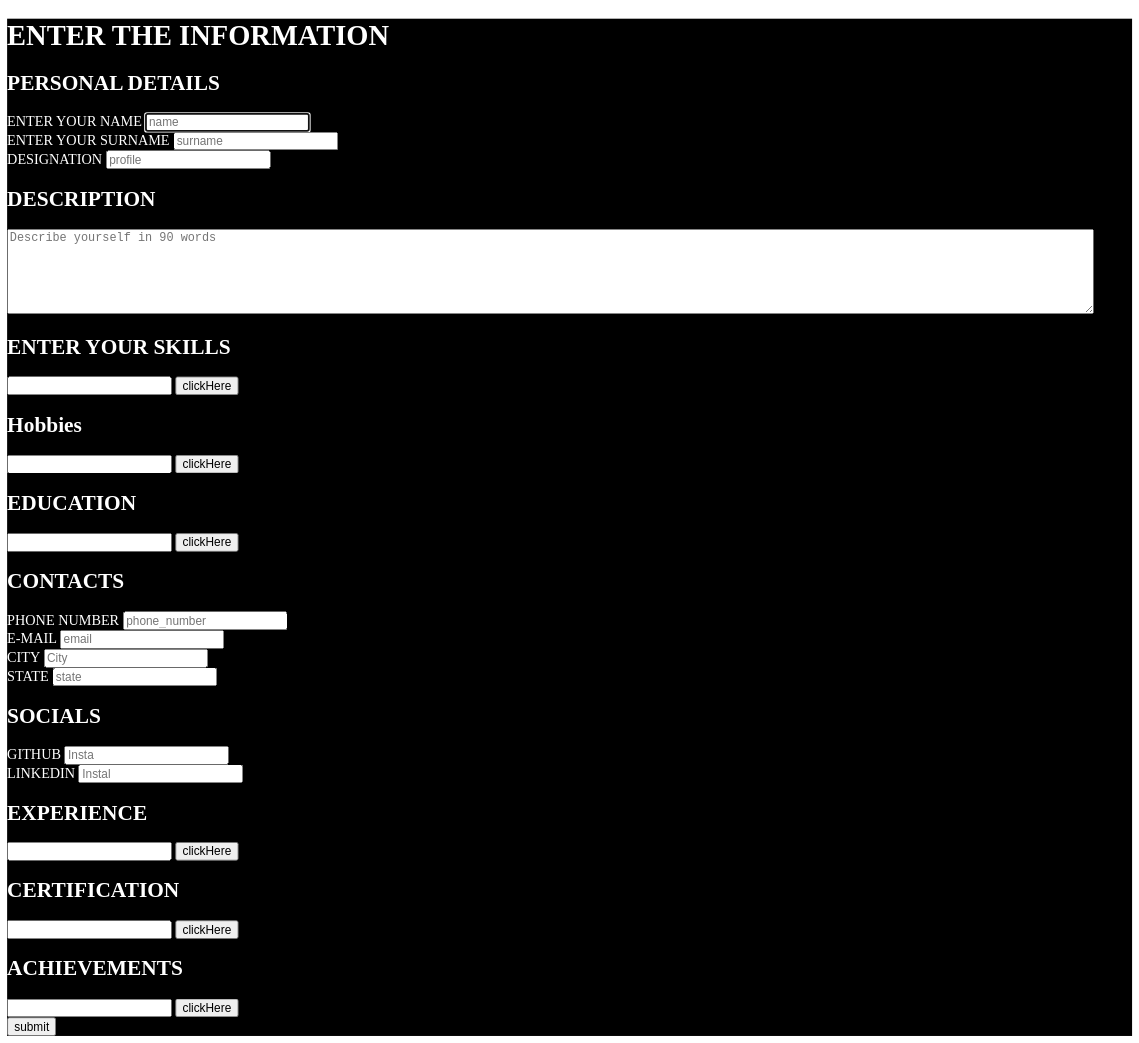
Repository: S-I-D-D-H/sync
Page: http://localhost/resume_builder/ind
An editor plug-in stored every save of this project. The page is shown before and after the next save, followed by the edit.
The browser window is 1280 px wide. The pictures show the whole page, at 89% of full size.
The page is served by Tomcat 9.

Above is the page before, as saved 2023-09-03 08:14:00.

After the next save:
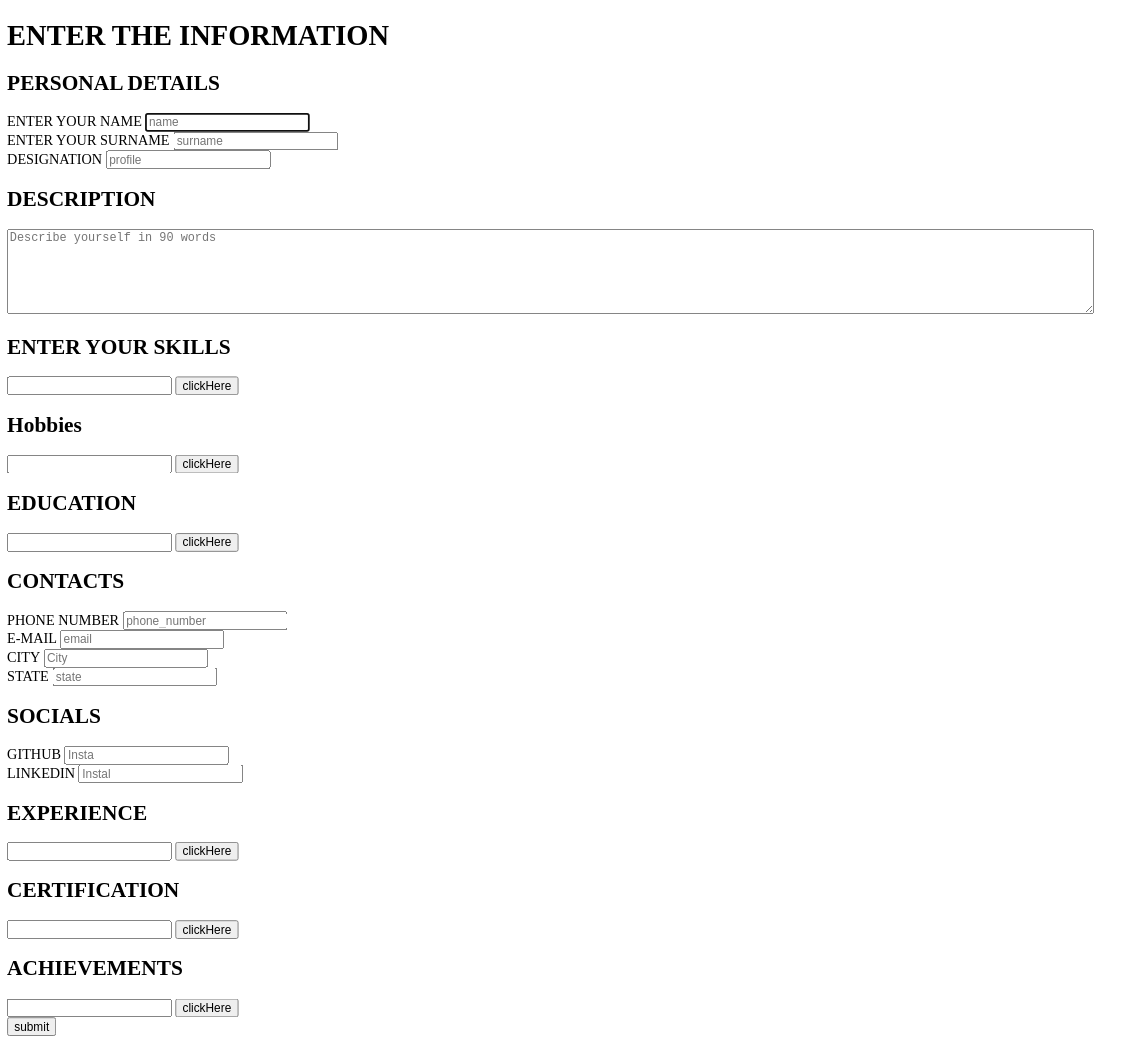
Saved 21 s later.
--- a/ressumebuilder/resume_builder/src/main/webapp/WEB-INF/VIEWS/form.jsp
+++ b/ressumebuilder/resume_builder/src/main/webapp/WEB-INF/VIEWS/form.jsp
@@ -9,8 +9,8 @@
 
 #container
 {
-  background-color: black;
-  color: white;
+  background-color: white;
+  color: black;
 }
 </style>
         <script language="javascript" type="text/javascript" >
